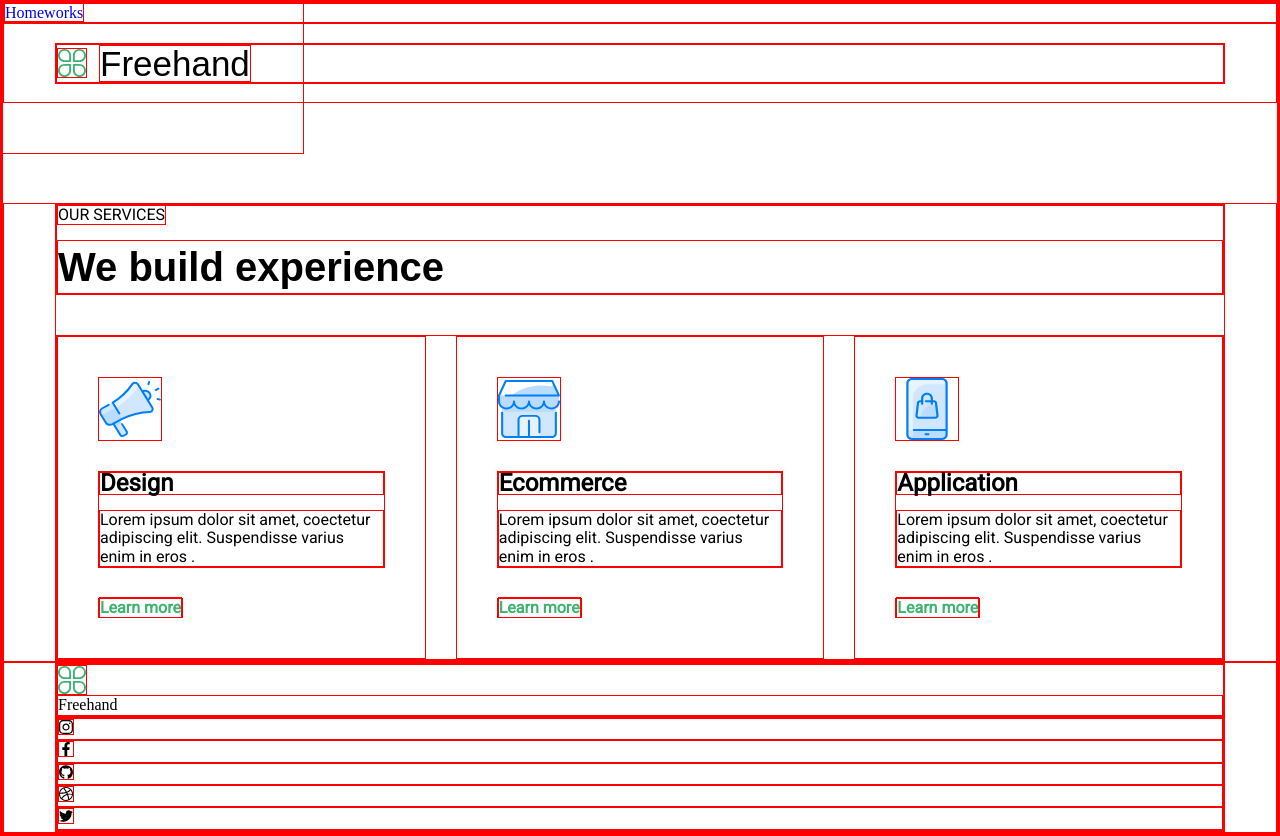
Repository: Tsiniavska/beetroot-test-project
Page: Homeworks/svg/index.html
These files come from the project's save history. The page is drawn as it stood at one moment and after the next save; the edit follows.
The browser window is 1280 px wide. The pictures show the whole page.
Some web fonts or font styles are not loaded; a fallback is used.

Above is the page before, as saved 2024-02-28 22:40:28.

After the next save:
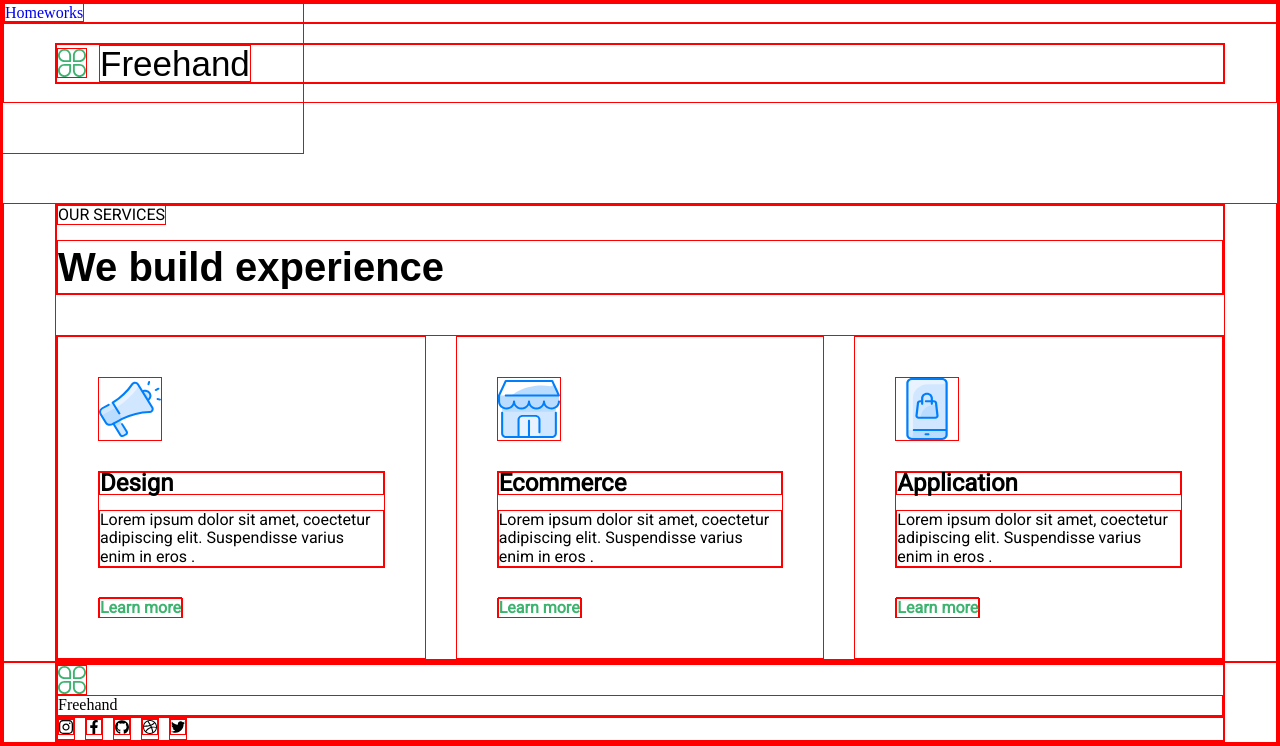
Saved 2 min 28 s later.
--- a/Homeworks/svg/index.css
+++ b/Homeworks/svg/index.css
@@ -86,3 +86,8 @@
 
 .footer-content {
 }
+
+.footer-icon-block {
+  display: flex;
+  gap: 10px;
+}
